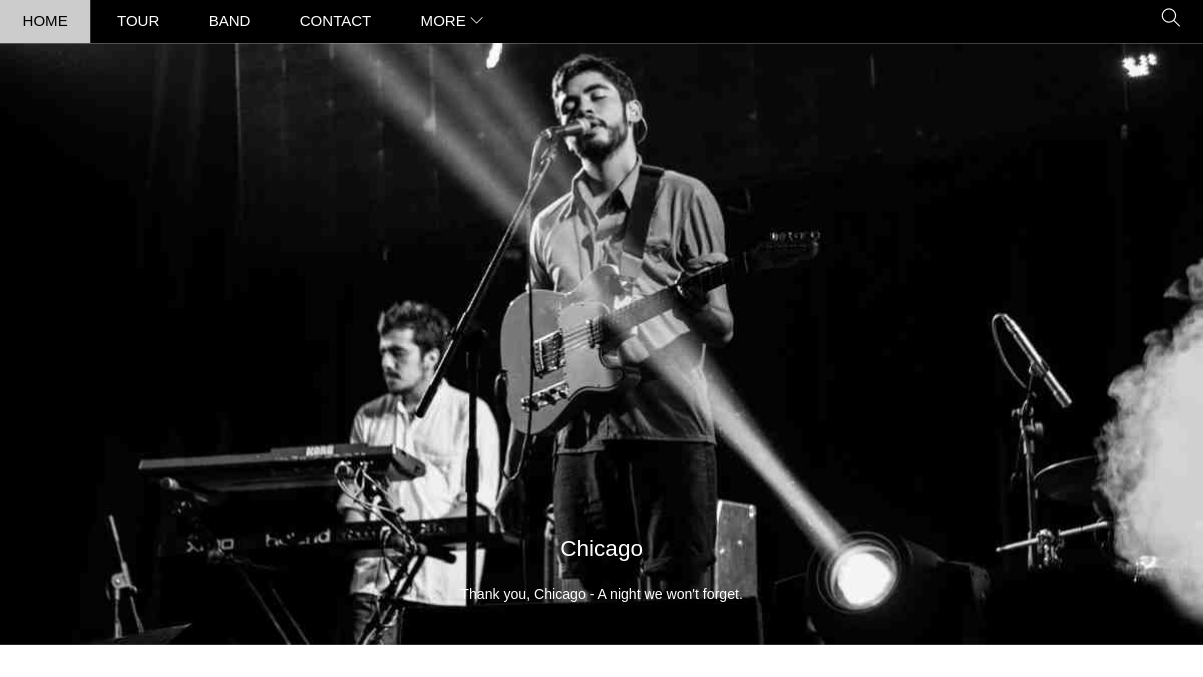
Repository: ducvui2003/LTCB
Page: index.html
These files come from the project's save history. The page is drawn as it stood at one moment and after the next save; the edit follows.
The browser window is 1280 px wide. The pictures show the whole page, at 94% of full size.

Above is the page before, as saved 2022-01-06 16:41:28.

### index.html
<!DOCTYPE html>
<html lang="en">

<head>
    <meta charset="UTF-8">
    <meta http-equiv="X-UA-Compatible" content="IE=edge">
    <meta name="viewport" content="width=device-width, initial-scale=1.0">
    <title>The Band W3_School</title>
    <link rel="stylesheet" href="./assest/Css/styles.css">
    <link rel="stylesheet" href="./assest/Fonts/themify-icons-font (1)/themify-icons/themify-icons.css">
</head>

<body>
    <div id="main">
        <!-- Begin: Header -->
        <div id="header">
            <!-- Begin: Nav -->
            <ul id="nav">
                <li>
                    <a href="">Home</a>
                </li>
                <li>
                    <a href="">Tour</a>
                </li>
                <li>
                    <a href="">Band</a>
                </li>
                <li>
                    <a href="">Contact</a>
                </li>
                <li>
                    <a href="">
                      More
                      <!-- icons -->
                      <i class="nav-arrow-down ti-angle-down"></i>
                    </a>
                    <ul class="subnav">
                        <li>
                            <a href="">Merchandise</a>
                        </li>
                        <li>
                            <a href="">Extras</a>
                        </li>
                        <li>
                            <a href="">Media</a>
                        </li>
                    </ul>
                </li>
            </ul>
            <!-- End: Nav -->
            <!-- Begin: Search button -->
            <div class="search-button">
                <i class="search-icon ti-search"></i>
            </div>
            <!-- End: Search button -->
        </div>
        <!-- End: Header -->
        <div id="slides">
            <div class="text-content">
                <h2 class="text-heading">Chicago</h2>
                <div class="text-paragraph">Thank you, Chicago - A night we won't forget.
                </div>
            </div>
        </div>

        <div id="content"></div>
        <div id="footer"></div>
    </div>
</body>

</html>

### assest/Css/styles.css
* {
    padding: 0;
    margin: 0;
    box-sizing: border-box;
}

html {
    font-family: Arial, Helvetica, sans-serif;
}

#main {}

#header {
    position: fixed;
    top: 0;
    right: 0;
    left: 0;
    /* fixed đang nổi lên nó sẽ nhường vị trí cho div slides tiếp theo */
    height: 46px;
    background-color: black;
    z-index: 1;
}

#nav {
    display: inline-block;
    /* display để thẻ nav chỉ dài đúng nội dung của nó thôi */
}

#nav,
.subnav {
    list-style: none;
}

#nav>li {
    display: inline-block;
}

#nav li {
    position: relative;
}

#nav>li>a {
    color: white;
    text-transform: uppercase;
    /* chinh chu thuong thanh hoa */
}

#nav li a {
    text-decoration: none;
    line-height: 46px;
    padding: 0 24px;
    display: block;
}

#nav li:hover .subnav {
    display: block;
}

#nav>li:hover>a,
#nav .subnav li:hover a {
    background-color: #ccc;
    color: black;
}

#nav li:hover a {
    /* line-height: 46px; */
}

#nav .subnav {
    display: none;
    position: absolute;
    top: 46px;
    background-color: #fff;
    box-shadow: 0 0 10px rgba(0, 0, 0, 0.3);
}

#nav .subnav li a {
    color: black;
    padding: 0 16px;
    line-height: 38px;
    width: 160px;
}

#nav .nav-arrow-down {
    font-size: 14px;
}

#header .search-button {
    float: right;
    /* thẻ search-button là thẻ div, có tính kế thừa chiều ngang, nên khi float vào sẽ vô hiệu hoá tính kế thừa chiều ngang đó */
    line-height: 46px;
    padding: 0 24px;
}

#header .search-button:hover {
    background-color: #f44336;
    cursor: pointer;
    /* Dùng để thay đổi con trỏ chuột khi di vào */
}

#header .search-icon {
    color: white;
    font-size: 20px;
}

#slides {
    /* height: 1000px; */
    /* background-color: pink; */
    margin-top: 46px;
    padding-top: 50%;
    /* 50% chieu ngang cua chinh the do */
    background: url('/assest/Img/Slide1.jpg') top center / cover no-repeat;
    /* shorthand */
    position: relative;
}

#slides .text-content {
    position: absolute;
    bottom: 46px;
    left: 50%;
    /* Cách lề trái 50% chiều ngang */
    transform: translateX(-50%);
    /* Dùng để lùi thẻ theo trục X 50% chiều dài -> Mục đích kết hợp vs transform để căn giữa block */
    color: white;
    text-align: center;
    /* Dùng để căn giữa content, ko dùng để căn block */
    /* cách 2: Thêm width: 100% */
    /* /* cách 3 left: 0 right: 0; */
}

#slides .text-heading {
    font-weight: 500;
    /*  */
    font-size: 24px;
    margin-bottom: 25px;
}

#slides .text-paragraph {
    font-size: 15px;
}

#content {}

#footer {}

Loaded but not shown: assest/Fonts/themify-icons-font (1)/themify-icons/themify-icons.css (common file)

After the next save:
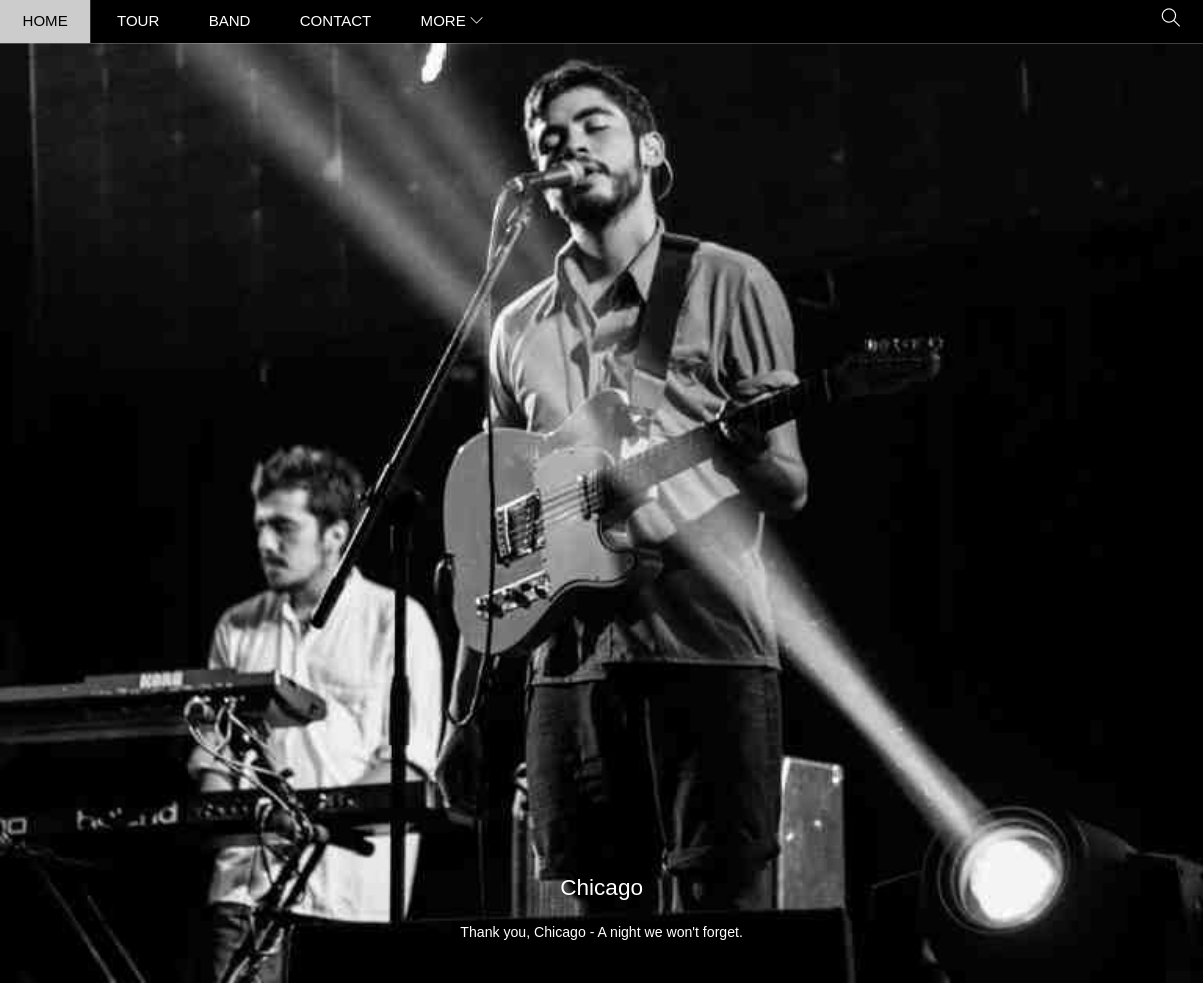
Saved 18 s later.
--- a/assest/Css/styles.css
+++ b/assest/Css/styles.css
@@ -104,7 +104,7 @@
 }
 
 #slides {
-    /* height: 1000px; */
+    min-height: 1000px;
     /* background-color: pink; */
     margin-top: 46px;
     padding-top: 50%;

After the save that followed:
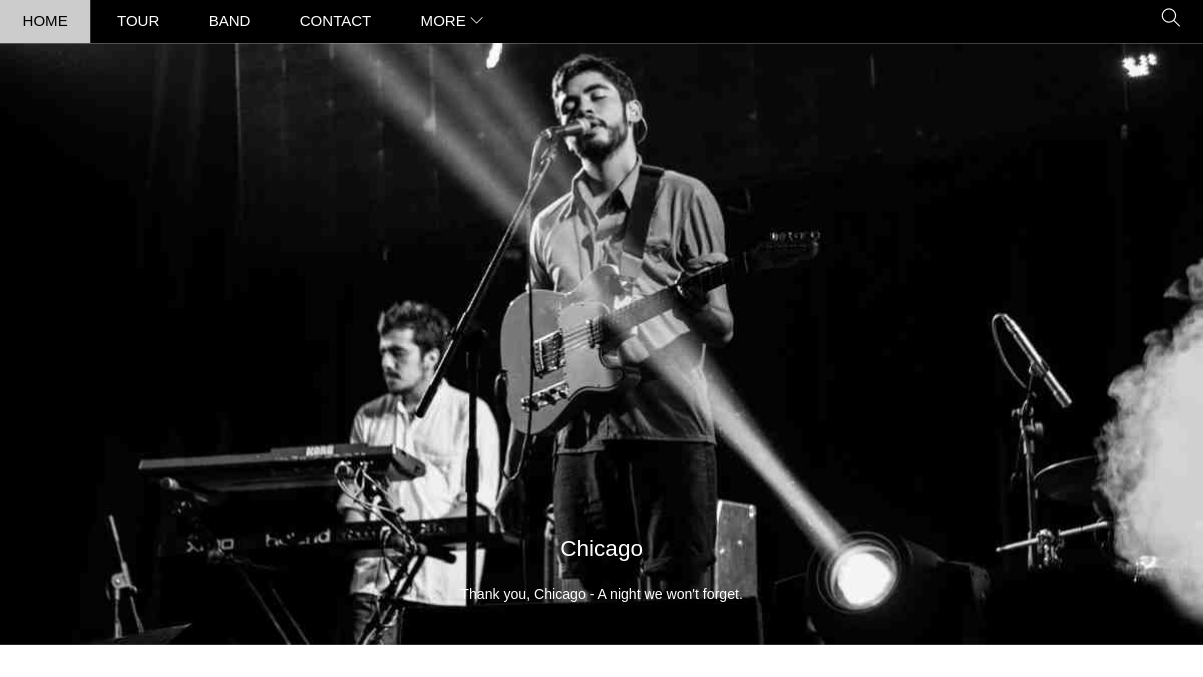
Saved 8 s later.
--- a/assest/Css/styles.css
+++ b/assest/Css/styles.css
@@ -104,7 +104,7 @@
 }
 
 #slides {
-    min-height: 1000px;
+    /* min-height: 1000px; */
     /* background-color: pink; */
     margin-top: 46px;
     padding-top: 50%;
